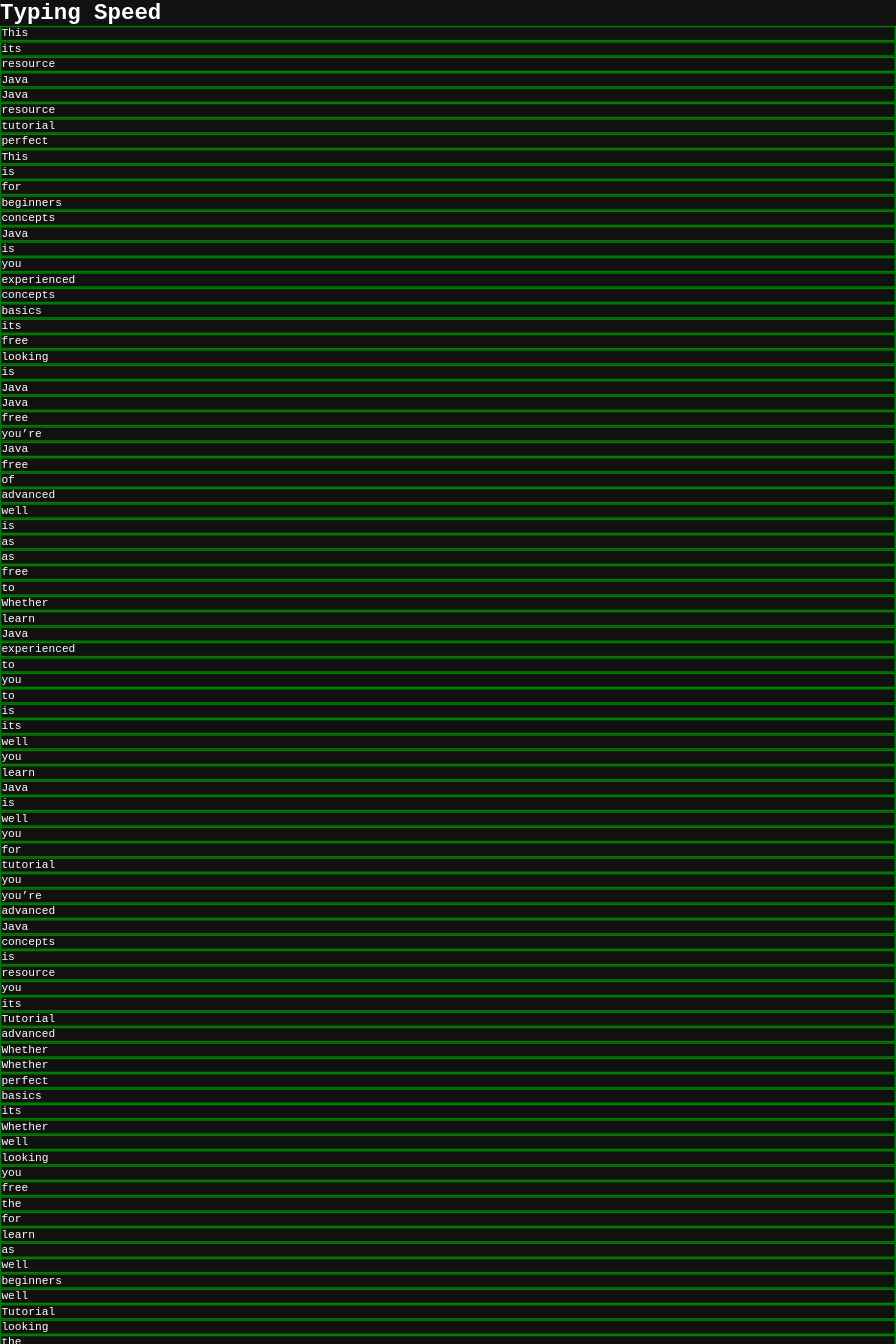
Repository: ThisIsSahaj/Js-Games
Page: TypingSpeed/index.html
The author's editor kept a copy of each file at every save. The page is drawn from the files as they stood at one save, then again after a run of saves.
The browser window is 1280 px wide. The pictures show the part of the page from y = 0 to 1920 px (the page is 4638 px tall before and 720 px after), at 70% of full size.

Above is the page before, as saved 2024-05-18 20:04:54.

### TypingSpeed/index.html
<!DOCTYPE html>
<html lang="en">
<head>
    <meta charset="UTF-8">
    <meta http-equiv="X-UA-Compatible" content="IE=edge">
    <meta name="viewport" content="width=device-width, initial-scale=1.0">
    <title>Typing Speed</title>
    <link rel="stylesheet" href="style.css">
</head>
<body>
    <h1>Typing Speed</h1>

    <div class="game">
        <div class="words"></div>
        <div class="cursor"></div>
    </div>
</body>
<script src="script.js"></script>
</html>

### TypingSpeed/style.css
*{
    margin: 0;
    padding: 0;
    box-sizing: border-box;
}

body{
    font-family: 'Roboto Mono', monospace;
    background-color: #111;
    color: white;
}

.singleWord{
    border: 2px solid green;
    /* display: inline-block; */
}

### TypingSpeed/script.js
const words = 'This Java Tutorial is designed for beginners as well as experienced professionals Whether you’re looking to learn the basics of Java or its advanced concepts this free Java tutorial is the perfect resource for you'

const wordsDiv = document.querySelector('.words');




// to split all the words whenever space comes and return an array
const newWords = words.split(" ");
console.log(newWords);




const randomWord = () => {
    const randomIndex = Math.floor(Math.random() * newWords.length);

    return newWords[randomIndex];
}
console.log(randomWord());


const formatWord = (word) => {
  return `
  <div class="singleWord">${word}</div>
  `
}


const newGame = () => {
    wordsDiv.innerHTML = " ";

    for(let i=0; i<200; i++)
    {
        wordsDiv.innerHTML += formatWord(randomWord());
    }
}

newGame();

After the next 2 saves:
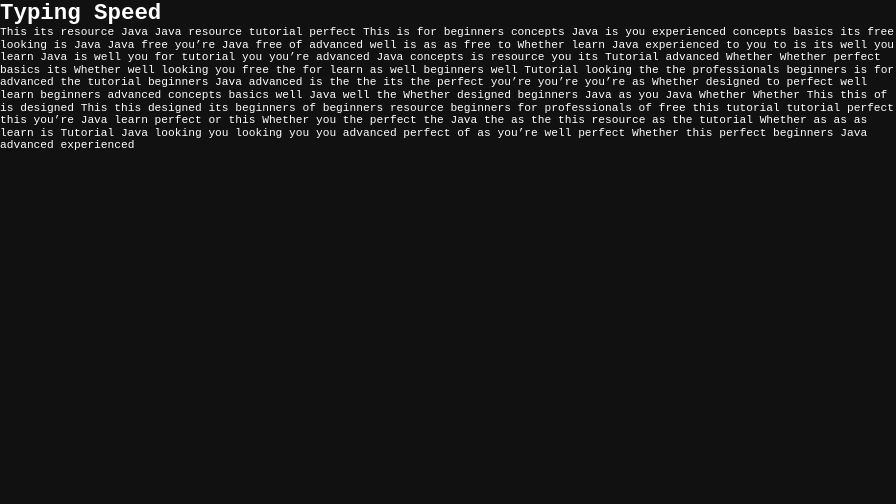
The 2 saves are shown as one change because they came seconds apart.
The last was saved 9 s later.
--- a/TypingSpeed/style.css
+++ b/TypingSpeed/style.css
@@ -11,6 +11,6 @@
 }
 
 .singleWord{
-    border: 2px solid green;
-    /* display: inline-block; */
+    /* border: 2px solid green; */
+    display: inline-block;
 }
